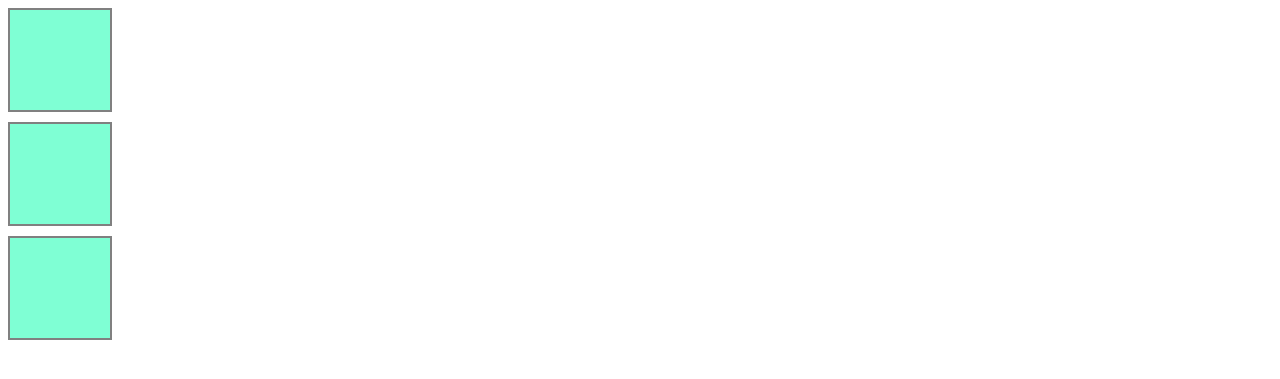
Repository: viveknaidu007/repo-166-Full-Stack-Development-Learning-Notes-Innomatics-2024
Page: module_1-html,css,bootstrap/sept_25_2024/index.html
An editor plug-in stored every save of this project. The page is shown before and after the next save, followed by the edit.
The browser window is 1280 px wide. The pictures show the whole page.

Above is the page before, as saved 2024-09-27 15:51:58.

After the next save:
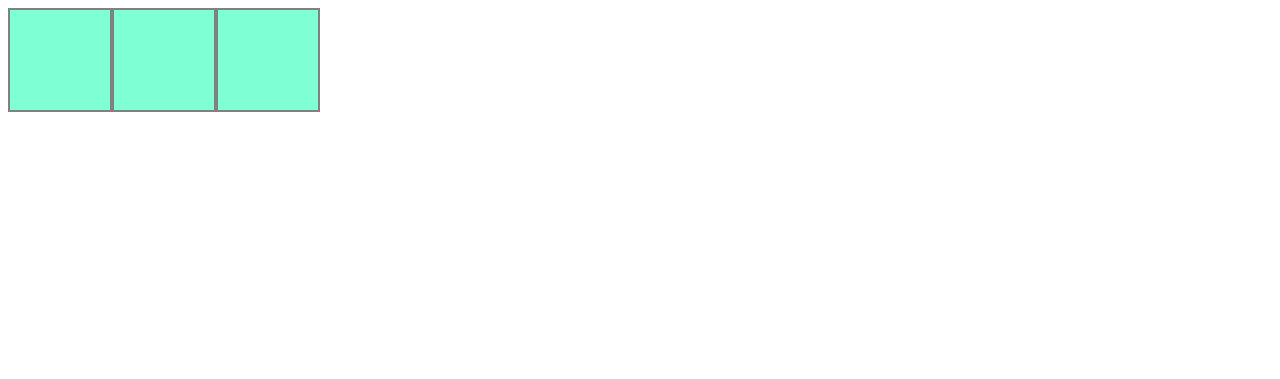
Saved 2 min 21 s later.
--- a/module_1-html,css,bootstrap/sept_25_2024/index.html
+++ b/module_1-html,css,bootstrap/sept_25_2024/index.html
@@ -19,9 +19,12 @@
     </style>
 </head>
 <body>
-    <div class="big-box"></div>
-    <div class="box"></div>
-    <div class="box"></div>
-    <div class="box"></div>
+    <div class="big-box">
+
+        <div class="box"></div>
+        <div class="box"></div>
+        <div class="box"></div>
+
+    </div>
 </body>
 </html>
